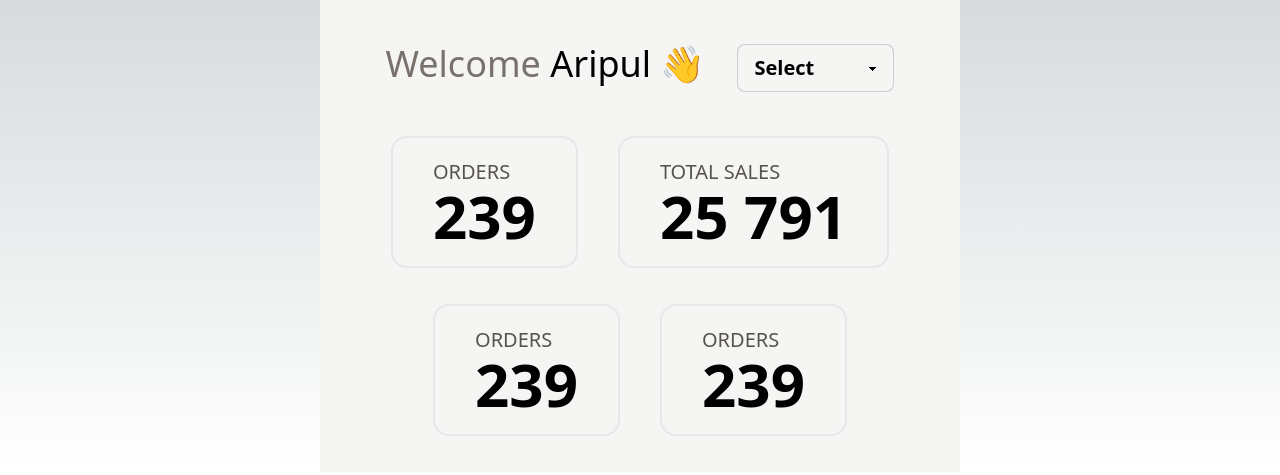
Repository: mehedi9465/nextapp
Page: /Dashboard
An editor plug-in stored every save of this project. The page is shown before and after the next save, followed by the edit.
The browser window is 1280 px wide. The pictures show the whole page.
The project was rebuilt for these pictures with package versions that can differ from the ones it lists, and the page was loaded fresh each time. The framework's server and built-in components were replaced by stand-ins that run in the browser. Also part of the build but not shown: next.config.js, Components/Navbar.js.

Above is the page before, as saved 2023-03-04 15:45:46.

After the next save:
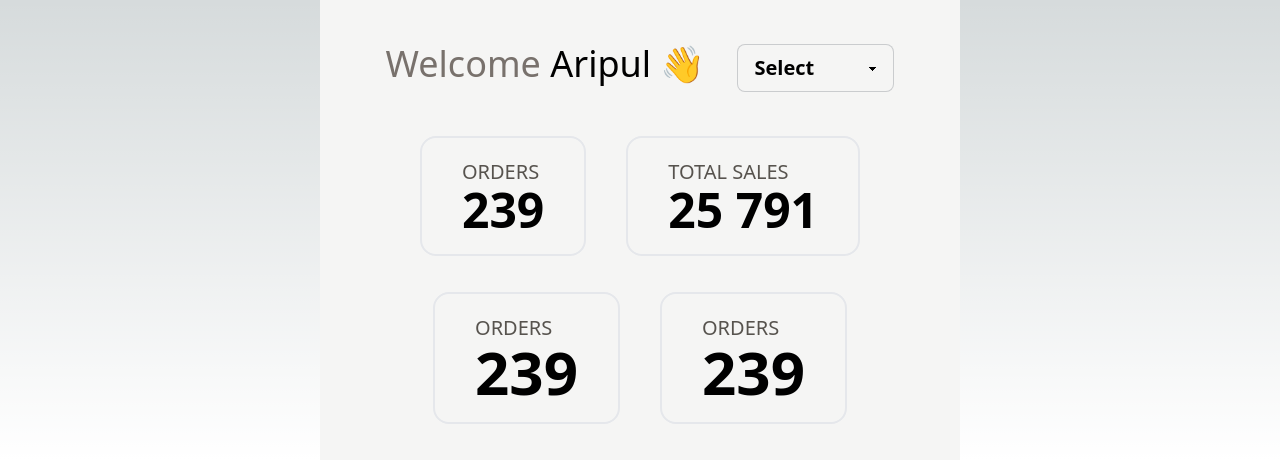
Saved 26 s later.
--- a/pages/Dashboard/index.js
+++ b/pages/Dashboard/index.js
@@ -25,13 +25,13 @@ const index = () => {
             <p className="uppercase text-stone-600 font-normal text-xl">
               Orders
             </p>
-            <p className="text-6xl font-bold">239</p>
+            <p className="text-5xl font-bold">239</p>
           </div>
           <div className="border-2 rounded-2xl justify-start mx-5 px-10 py-5 text-left">
             <p className="uppercase text-stone-600 font-normal text-xl">
               Total Sales
             </p>
-            <p className="text-6xl font-bold">25 791</p>
+            <p className="text-5xl font-bold">25 791</p>
           </div>
         </div>
         <div className="flex justify-center my-9">
